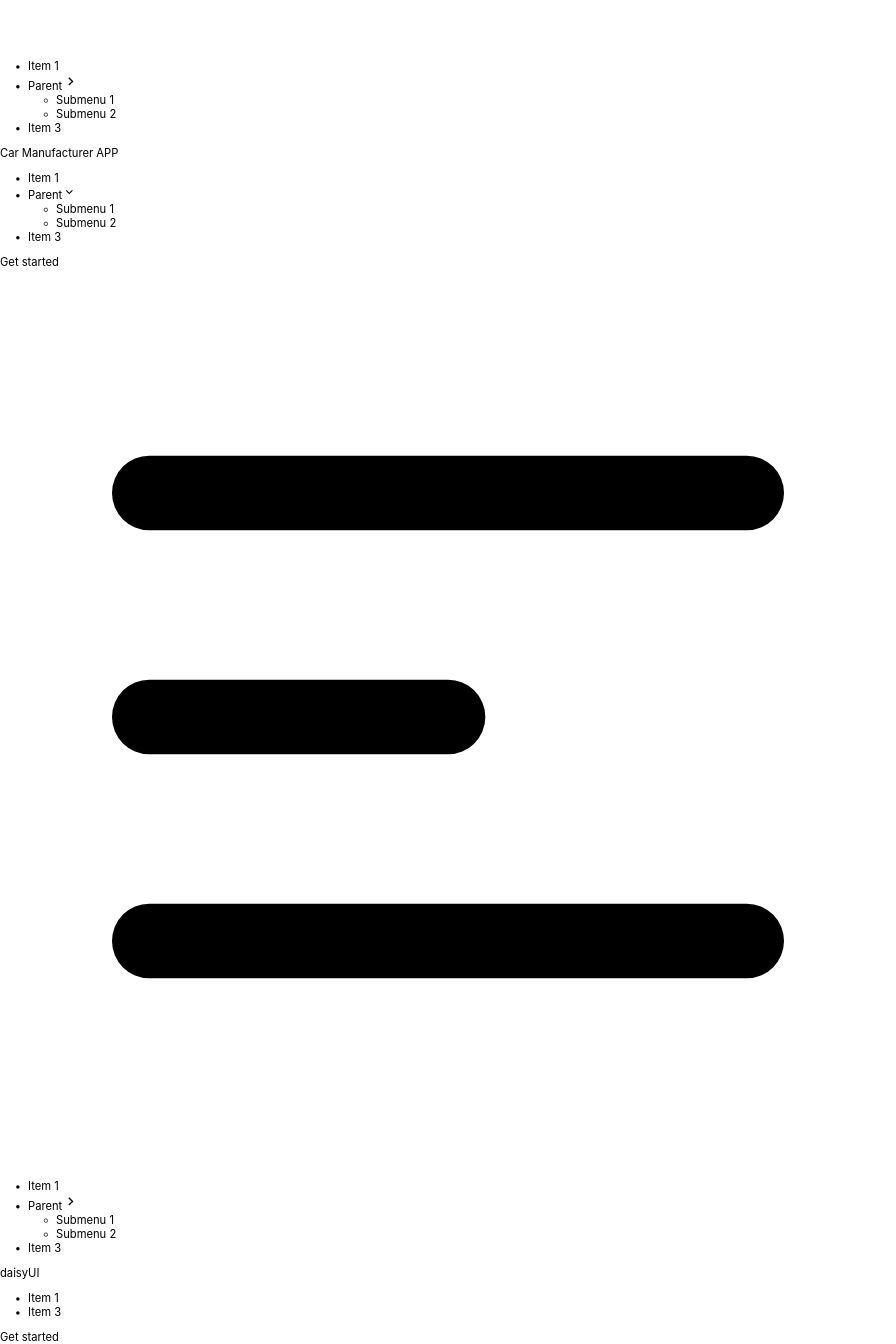
Repository: devsajid/car-manufacturer-app
Page: /
The author's editor kept a copy of each file at every save. The page is drawn from the files as they stood at one save, then again after the next save.
The browser window is 1280 px wide. The pictures show the part of the page from y = 1216 to 3136 px (the page is 3136 px tall before and 3132 px after), at 70% of full size.
The project was rebuilt for these pictures with package versions that can differ from the ones it lists, and the page was loaded fresh each time. Also part of the build but not shown: src/App.css.

Above is the page before, as saved 2022-05-22 12:20:06.

### src/App.js
import "./App.css";
import Navbar from "./SharedComponents/Navbar/Navbar";

function App() {
  return (
    <div>
      <Navbar></Navbar>
    </div>
  );
}

export default App;

### src/SharedComponents/Navbar/Navbar.js
import React from "react";

const Navbar = () => {
  return (
    <div>
      <div class="navbar bg-neutral text-base-100">
        <div class="navbar-start text-base-100">
          <div class="dropdown">
            <label tabindex="0" class="btn btn-ghost lg:hidden">
              <svg
                xmlns="http://www.w3.org/2000/svg"
                class="h-5 w-5"
                fill="none"
                viewBox="0 0 24 24"
                stroke="currentColor"
              >
                <path
                  stroke-linecap="round"
                  stroke-linejoin="round"
                  stroke-width="2"
                  d="M4 6h16M4 12h8m-8 6h16"
                />
              </svg>
            </label>
            <ul
              tabindex="0"
              class="menu menu-compact dropdown-content mt-3 p-2 shadow bg-neutral base-100 rounded-box w-100"
            >
              <li>
                <a>Item 1</a>
              </li>
              <li tabindex="0">
                <a class="justify-between text-base-100">
                  Parent
                  <svg
                    class="fill-current"
                    xmlns="http://www.w3.org/2000/svg"
                    width="24"
                    height="24"
                    viewBox="0 0 24 24"
                  >
                    <path d="M8.59,16.58L13.17,12L8.59,7.41L10,6L16,12L10,18L8.59,16.58Z" />
                  </svg>
                </a>
                <ul class="p-2">
                  <li>
                    <a>Submenu 1</a>
                  </li>
                  <li>
                    <a>Submenu 2</a>
                  </li>
                </ul>
              </li>
              <li>
                <a>Item 3</a>
              </li>
            </ul>
          </div>
          <a className="btn btn-ghost bg- normal-case text-base-100 text-xl">
            Car Manufacturer APP
          </a>
        </div>
        <div class="navbar-center hidden lg:flex">
          <ul class="menu menu-horizontal p-0">
            <li>
              <a>Item 1</a>
            </li>
            <li tabindex="0">
              <a>
                Parent
                <svg
                  class="fill-current"
                  xmlns="http://www.w3.org/2000/svg"
                  width="20"
                  height="20"
                  viewBox="0 0 24 24"
                >
                  <path d="M7.41,8.58L12,13.17L16.59,8.58L18,10L12,16L6,10L7.41,8.58Z" />
                </svg>
              </a>
              <ul class="p-2">
                <li>
                  <a>Submenu 1</a>
                </li>
                <li>
                  <a>Submenu 2</a>
                </li>
              </ul>
            </li>
            <li>
              <a>Item 3</a>
            </li>
          </ul>
        </div>
        <div class="navbar-end">
          <a>Get started</a>
        </div>
      </div>
      <div class="navbar bg-base-100">
        <div class="navbar-start">
          <div class="dropdown">
            <label tabindex="0" class="btn btn-ghost lg:hidden">
              <svg
                xmlns="http://www.w3.org/2000/svg"
                class="h-5 w-5"
                fill="none"
                viewBox="0 0 24 24"
                stroke="currentColor"
              >
                <path
                  stroke-linecap="round"
                  stroke-linejoin="round"
                  stroke-width="2"
                  d="M4 6h16M4 12h8m-8 6h16"
                />
              </svg>
            </label>
            <ul
              tabindex="0"
              class="menu menu-compact dropdown-content mt-3 p-2 shadow bg-base-100 rounded-box w-52"
            >
              <li>
                <a>Item 1</a>
              </li>
              <li tabindex="0">
                <a class="justify-between">
                  Parent
                  <svg
                    class="fill-current"
                    xmlns="http://www.w3.org/2000/svg"
                    width="24"
                    height="24"
                    viewBox="0 0 24 24"
                  >
                    <path d="M8.59,16.58L13.17,12L8.59,7.41L10,6L16,12L10,18L8.59,16.58Z" />
                  </svg>
                </a>
                <ul class="p-2">
                  <li>
                    <a>Submenu 1</a>
                  </li>
                  <li>
                    <a>Submenu 2</a>
                  </li>
                </ul>
              </li>
              <li>
                <a>Item 3</a>
              </li>
            </ul>
          </div>
          <a class="btn btn-ghost normal-case text-xl">daisyUI</a>
        </div>
        <div class="navbar-center hidden lg:flex">
          <ul class="menu menu-horizontal p-0">
            <li>
              <a>Item 1</a>
            </li>

            <li>
              <a>Item 3</a>
            </li>
          </ul>
        </div>
        <div class="navbar-end">
          <a class="btn">Get started</a>
        </div>
      </div>
    </div>
  );
};

export default Navbar;

Loaded but not shown: public/index.html (common file); src/index.js (common file); src/index.css (common file); src/reportWebVitals.js (common file)

After the next save:
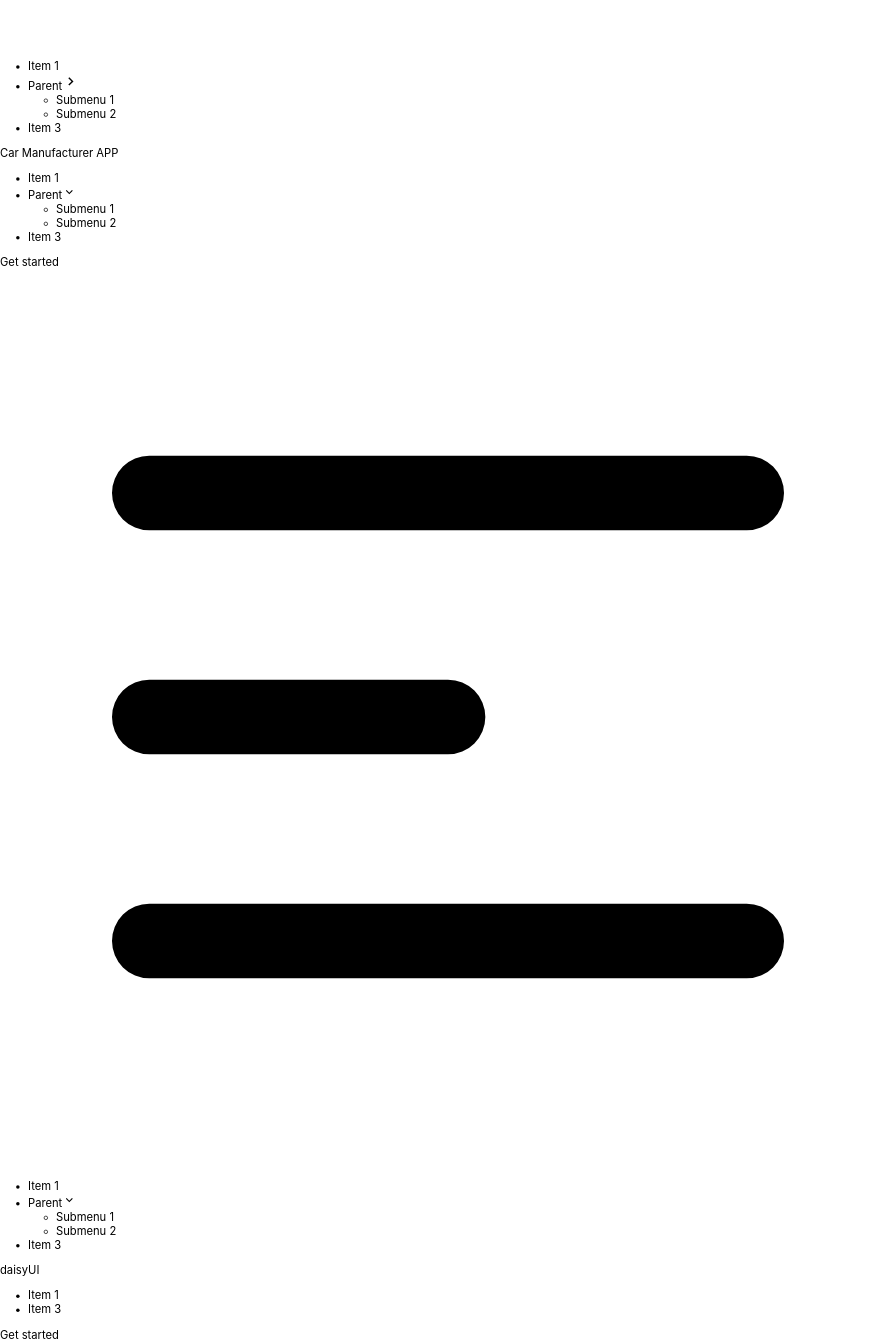
Saved 50 s later.
--- a/src/SharedComponents/Navbar/Navbar.js
+++ b/src/SharedComponents/Navbar/Navbar.js
@@ -123,16 +123,16 @@
                 <a>Item 1</a>
               </li>
               <li tabindex="0">
-                <a class="justify-between">
+                <a>
                   Parent
                   <svg
                     class="fill-current"
                     xmlns="http://www.w3.org/2000/svg"
-                    width="24"
-                    height="24"
+                    width="20"
+                    height="20"
                     viewBox="0 0 24 24"
                   >
-                    <path d="M8.59,16.58L13.17,12L8.59,7.41L10,6L16,12L10,18L8.59,16.58Z" />
+                    <path d="M7.41,8.58L12,13.17L16.59,8.58L18,10L12,16L6,10L7.41,8.58Z" />
                   </svg>
                 </a>
                 <ul class="p-2">
